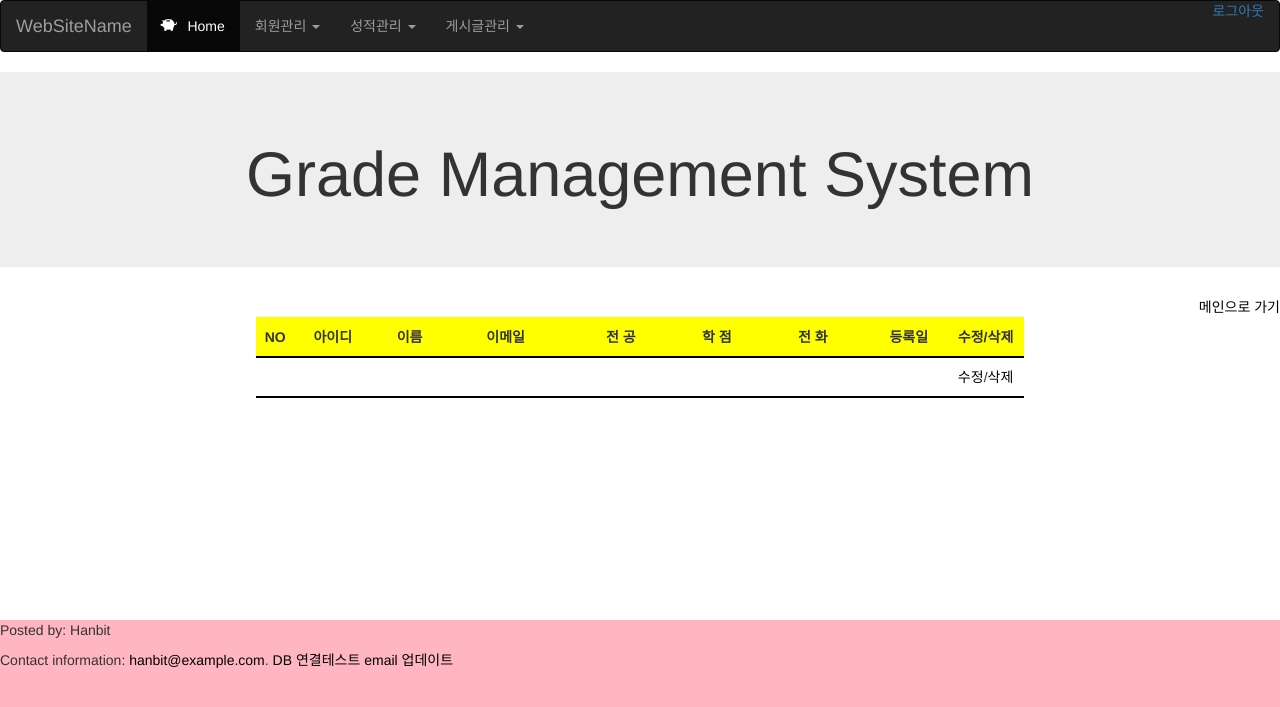
Repository: jeonghyunseok/GMSUI
Page: http://localhost/GMS2/WEB-INF/view/member/member_list.jsp
These files come from the project's save history. The page is drawn as it stood at one moment and after the next save; the edit follows.
The browser window is 1280 px wide. The pictures show the whole page.
Some web libraries are served in a nearby version. The page is served by Tomcat 9. Nobody is signed in. The template is opened directly, without the code that normally fills it, so the values that code supplies are empty.

Above is the page before, as saved 2017-08-17 03:56:02.

After the next save:
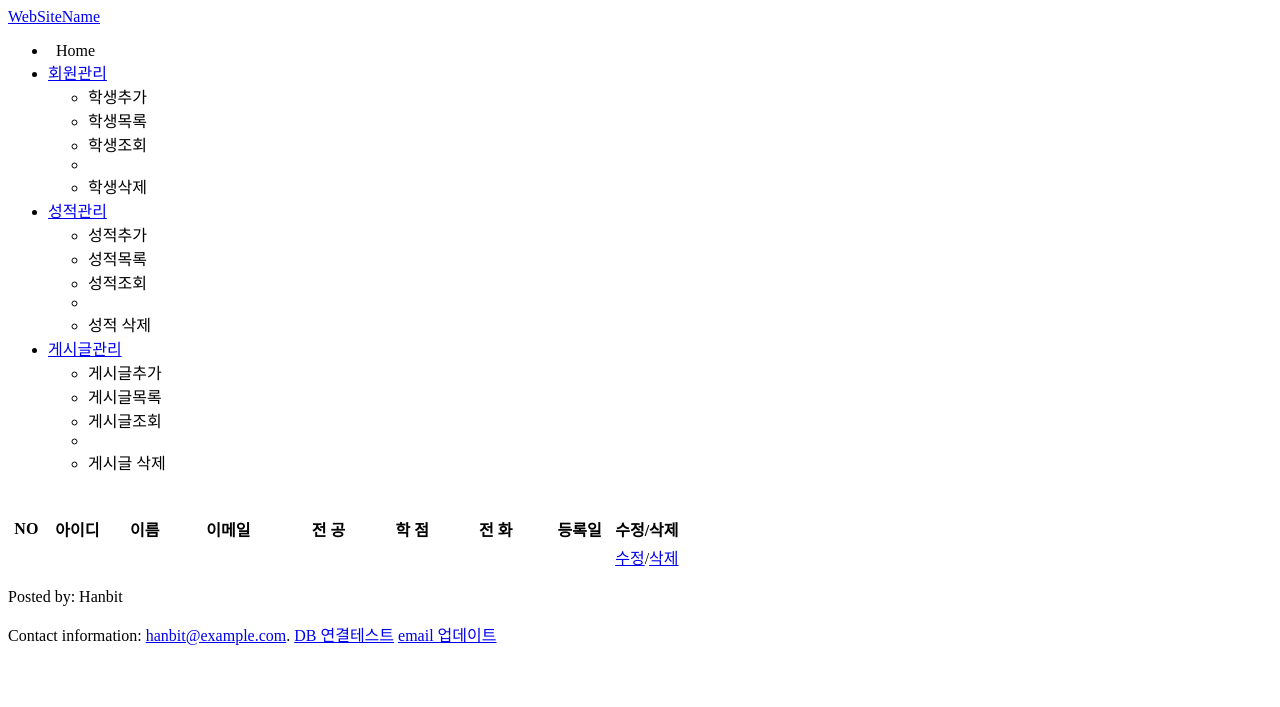
Saved 71 min 20 s later.
--- a/GMS2/WebContent/WEB-INF/view/member/member_list.jsp
+++ b/GMS2/WebContent/WEB-INF/view/member/member_list.jsp
@@ -1,7 +1,7 @@
 <%@ page language="java" contentType="text/html; charset=UTF-8"
 	pageEncoding="UTF-8"%>
 
-<jsp:include page="../common/common_head.jsp"/>
+<jsp:include page="../common/navbar.jsp"/>
 
 <div id="container">
 	<table id="member_list_tab">
